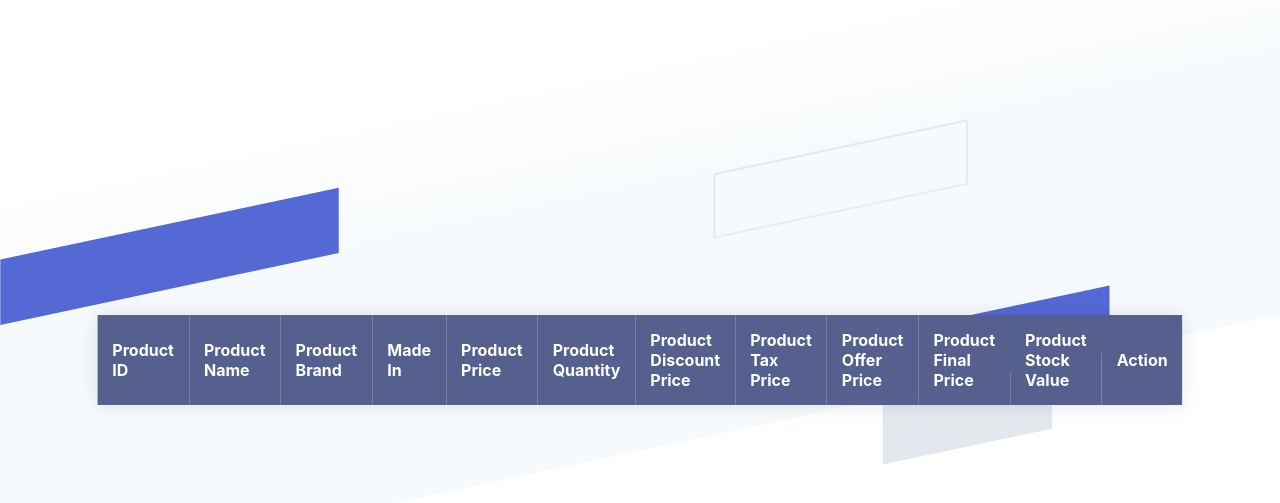
Repository: Prishu1310/SpringBootProjects
Page: http://localhost/product-list
The author's editor kept a copy of each file at every save. The page is drawn from the files as they stood at one save, then again after the next save.
The browser window is 1280 px wide. The pictures show the whole page.
The page is this project's Thymeleaf template; nobody is signed in. The template is opened directly, without the code that normally fills it, so the values that code supplies are empty.

Above is the page before, as saved 2024-12-22 09:00:07.

### com.springbootmvc/src/main/resources/templates/product-list.html
<!DOCTYPE html>
<html lang="en" xmlns:th="http://www.thymeleaf.org">
<head>
<meta charset="UTF-8">
<meta name="viewport" content="width=device-width, initial-scale=1.0">
<title>Product Table</title>
<style>
    * {
  padding: 0;
  margin: 0;
  color: #1a1f36;
  box-sizing: border-box;
  word-wrap: break-word;
  font-family: -apple-system,BlinkMacSystemFont,Segoe UI,Roboto,Helvetica Neue,Ubuntu,sans-serif;
}
body {
    min-height: 100%;
    background-color: #ffffff;
}
h1 {
    letter-spacing: -1px;
}
a {
  color: #5469d4;
  text-decoration: unset;
}
.login-root {
    background: #fff;
    display: flex;
    width: 100%;
    min-height: 100vh;
    overflow: hidden;
}
.loginbackground {
    min-height: 692px;
    position: fixed;
    bottom: 0;
    left: 0;
    right: 0;
    top: 0;
    z-index: 0;
    overflow: hidden;
}
.flex-flex {
    display: flex;
}
.align-center {
  align-items: center;
}
.center-center {
  align-items: center;
  justify-content: center;
}
.box-root {
    box-sizing: border-box;
}
.flex-direction--column {
    -ms-flex-direction: column;
    flex-direction: column;
}
.loginbackground-gridContainer {
    display: -ms-grid;
    display: grid;
    -ms-grid-columns: [start] 1fr [left-gutter] (86.6px) 16 [left-gutter] 1fr [end];
    grid-template-columns: [start] 1fr [left-gutter] repeat(16,86.6px) [left-gutter] 1fr [end];
    -ms-grid-rows :  [top] 1fr [top-gutter] (64px) 8 [bottom-gutter] 1fr [bottom];
    grid-template-rows: [top] 1fr [top-gutter] repeat(8,64px) [bottom-gutter] 1fr [bottom];
    justify-content: center;
    margin: 0 -2%;
    transform: rotate(-12deg) skew(-12deg);
}
.box-divider--light-all-2 {
    box-shadow: inset 0 0 0 2px #e3e8ee;
}
.box-background--blue {
    background-color: #5469d4;
}
.box-background--white {
  background-color: #ffffff;
}
.box-background--blue800 {
    background-color: #212d63;
}
.box-background--gray100 {
    background-color: #e3e8ee;
}
.box-background--cyan200 {
    background-color: #7fd3ed;
}
.padding-top--64 {
  padding-top: 64px;
}
.padding-top--24 {
  padding-top: 24px;
}
.padding-top--48 {
  padding-top: 48px;
}
.padding-bottom--24 {
  padding-bottom: 24px;
}
.padding-horizontal--48 {
  padding: 48px;
}
.padding-bottom--15 {
  padding-bottom: 15px;
}


.flex-justifyContent--center {
  -ms-flex-pack: center;
  justify-content: center;
}

.formbg {
    margin: 0px auto;
    width: 100%;
    max-width: 448px;
    background: white;
    border-radius: 4px;
    box-shadow: rgba(60, 66, 87, 0.12) 0px 7px 14px 0px, rgba(0, 0, 0, 0.12) 0px 3px 6px 0px;
}
span {
    display: block;
    font-size: 20px;
    line-height: 28px;
    color: #1a1f36;
}
label {
    margin-bottom: 10px;
}
.reset-pass a,label {
    font-size: 14px;
    font-weight: 600;
    display: block;
}
.reset-pass > a {
    text-align: right;
    margin-bottom: 10px;
}
.grid--50-50 {
    display: grid;
    grid-template-columns: 50% 50%;
    align-items: center;
}

.field input {
    font-size: 16px;
    line-height: 28px;
    padding: 8px 16px;
    width: 100%;
    min-height: 44px;
    border: unset;
    border-radius: 4px;
    outline-color: rgb(84 105 212 / 0.5);
    background-color: rgb(255, 255, 255);
    box-shadow: rgba(0, 0, 0, 0) 0px 0px 0px 0px,
                rgba(0, 0, 0, 0) 0px 0px 0px 0px,
                rgba(0, 0, 0, 0) 0px 0px 0px 0px,
                rgba(60, 66, 87, 0.16) 0px 0px 0px 1px,
                rgba(0, 0, 0, 0) 0px 0px 0px 0px,
                rgba(0, 0, 0, 0) 0px 0px 0px 0px,
                rgba(0, 0, 0, 0) 0px 0px 0px 0px;
}

input[type="submit"] {
    background-color: rgb(84, 105, 212);
    box-shadow: rgba(0, 0, 0, 0) 0px 0px 0px 0px,
                rgba(0, 0, 0, 0) 0px 0px 0px 0px,
                rgba(0, 0, 0, 0.12) 0px 1px 1px 0px,
                rgb(84, 105, 212) 0px 0px 0px 1px,
                rgba(0, 0, 0, 0) 0px 0px 0px 0px,
                rgba(0, 0, 0, 0) 0px 0px 0px 0px,
                rgba(60, 66, 87, 0.08) 0px 2px 5px 0px;
    color: #fff;
    font-weight: 600;
    cursor: pointer;
}
.field-checkbox input {
    width: 20px;
    height: 15px;
    margin-right: 5px;
    box-shadow: unset;
    min-height: unset;
}
.field-checkbox label {
    display: flex;
    align-items: center;
    margin: 0;
}
a.ssolink {
    display: block;
    text-align: center;
    font-weight: 600;
}
.footer-link span {
    font-size: 14px;
    text-align: center;
}
.listing a {
    color: #697386;
    font-weight: 600;
    margin: 0 10px;
}

.animationRightLeft {
  animation: animationRightLeft 2s ease-in-out infinite;
}
.animationLeftRight {
  animation: animationLeftRight 2s ease-in-out infinite;
}
.tans3s {
  animation: animationLeftRight 3s ease-in-out infinite;
}
.tans4s {
  animation: animationLeftRight 4s ease-in-out infinite;
}

@keyframes animationLeftRight {
  0% {
    transform: translateX(0px);
  }
  50% {
    transform: translateX(1000px);
  }
  100% {
    transform: translateX(0px);
  }
}

@keyframes animationRightLeft {
  0% {
    transform: translateX(0px);
  }
  50% {
    transform: translateX(-1000px);
  }
  100% {
    transform: translateX(0px);
  }
}
body {
	margin: 0;
	background: linear-gradient(45deg, #49a09d, #5f2c82);
	font-family: sans-serif;
	font-weight: 100;
}

.container {
	position: absolute;
	top: 50%;
	left: 50%;
	transform: translate(-50%, -50%);
}

table {
	width: 800px;
	border-collapse: collapse;
	overflow: hidden;
	box-shadow: 0 0 20px rgba(0,0,0,0.1);
}

th,
td {
	padding: 15px;
	background-color: rgba(255,255,255,0.2);
	color: #fff;
}

th {
	text-align: left;
}

thead {
	th {
		background-color: #55608f;
	}
}

tbody {
	tr {
		&:hover {
			background-color: rgba(255,255,255,0.3);
		}
	}
	td {
		position: relative;
		&:hover {
			&:before {
				content: "";
				position: absolute;
				left: 0;
				right: 0;
				top: -9999px;
				bottom: -9999px;
				background-color: rgba(255,255,255,0.2);
				z-index: -1;
			}
		}
	}
}

</style>
</head>
<body>
<div class="login-root">
    <div class="box-root flex-flex flex-direction--column" style="min-height: 100vh;flex-grow:1">
      <div class="loginbackground box-background--white padding-top--64">
        <div class="loginbackground-gridContainer">
          <div class="box-root flex-flex" style="grid-area: top / start / 8 / end;">
            <div class="box-root" style="background-image: linear-gradient(white 0%, rgb(247, 250, 252) 33%); flex-grow: 1;">
            </div>
          </div>
          <div class="box-root flex-flex" style="grid-area: 4 / 2 / auto / 5;">
            <div class="box-root box-divider--light-all-2 animationLeftRight tans3s" style="flex-grow: 1;"></div>
          </div>
          <div class="box-root flex-flex" style="grid-area: 6 / start / auto / 2;">
            <div class="box-root box-background--blue800" style="flex-grow: 1;"></div>
          </div>
          <div class="box-root flex-flex" style="grid-area: 7 / start / auto / 4;">
            <div class="box-root box-background--blue animationLeftRight" style="flex-grow: 1;"></div>
          </div>
          <div class="box-root flex-flex" style="grid-area: 8 / 4 / auto / 6;">
            <div class="box-root box-background--gray100 animationLeftRight tans3s" style="flex-grow: 1;"></div>
          </div>
          <div class="box-root flex-flex" style="grid-area: 2 / 15 / auto / end;">
            <div class="box-root box-background--cyan200 animationRightLeft tans4s" style="flex-grow: 1;"></div>
          </div>
          <div class="box-root flex-flex" style="grid-area: 3 / 14 / auto / end;">
            <div class="box-root box-background--blue animationRightLeft" style="flex-grow: 1;"></div>
          </div>
          <div class="box-root flex-flex" style="grid-area: 4 / 17 / auto / 20;">
            <div class="box-root box-background--gray100 animationRightLeft tans4s" style="flex-grow: 1;"></div>
          </div>
          <div class="box-root flex-flex" style="grid-area: 5 / 14 / auto / 17;">
            <div class="box-root box-divider--light-all-2 animationRightLeft tans3s" style="flex-grow: 1;"></div>
          </div>
        </div>
      </div>


      <div class="container">
	<table>
		<thead>
		<tr>
				<th>Product ID</th>
				<th>Product Name</th>
				<th>Product Brand</th>
				<th>Made In</th>
				<th>Product Price</th>
				<th>Product Quantity</th>
				<th>Product Discount Price</th>
				<th>Product Tax Price</th>
				<th>Product Offer Price</th>
				<th>Product Final Price</th>
				<th>Product Stock Value</th>
				<th>Action</th>
			</tr>
		</thead>
		<tbody>
			<tr th:each="product:${products}">
				<td th:text="${product.id}"></td>
				<td th:text="${product.name}"></td>
				<td th:text="${product.brand}"></td>
				<td th:text="${product.madeIn}"></td>
				<td th:text="${product.price}"></td>
				<td th:text="${product.quantity}"></td>
				<td th:text="${product.discountPrice}"></td>
				<td th:text="${product.taxPrice}"></td>
				<td th:text="${product.offerPrice}"></td>
				<td th:text="${product.finalPrice}"></td>
				<td th:text="${product.stockValue}"></td>
				<td><a th:href="@{'/delete/'+${product.id}}"><button class="button-8" role="button">Delete</button></a></td>
				<td><button class="button-8" role="button">Edit</button></td>
			</tr>


		</tbody>
	</table>
</div>




</div>
 </div>




</body>
</html>

After the next save:
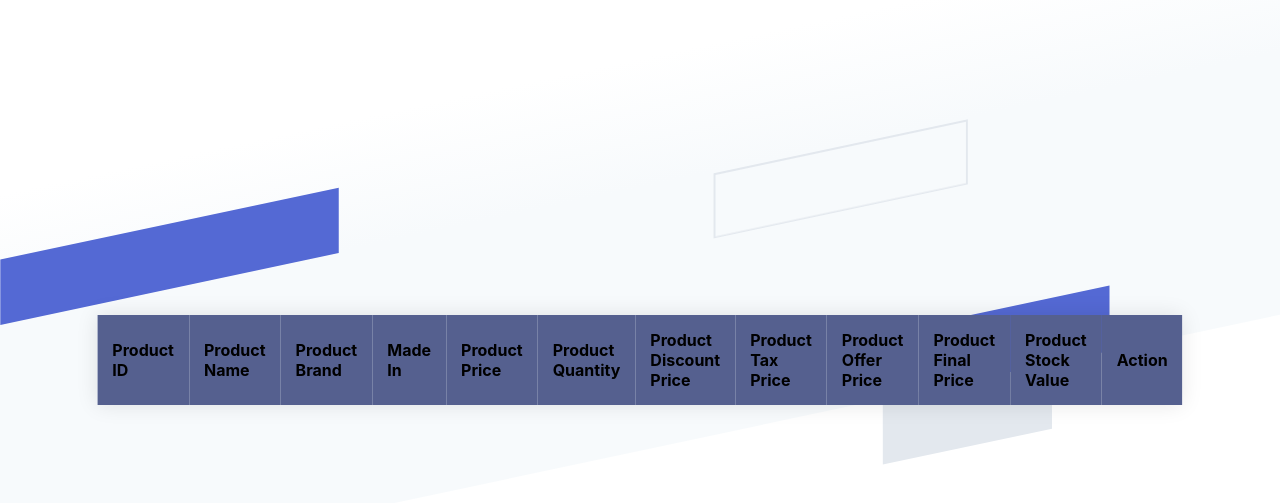
Saved 48 s later.
--- a/com.springbootmvc/src/main/resources/templates/product-list.html
+++ b/com.springbootmvc/src/main/resources/templates/product-list.html
@@ -264,7 +264,7 @@
 td {
 	padding: 15px;
 	background-color: rgba(255,255,255,0.2);
-	color: #fff;
+	color: #000;
 }
 
 th {

After the save that followed:
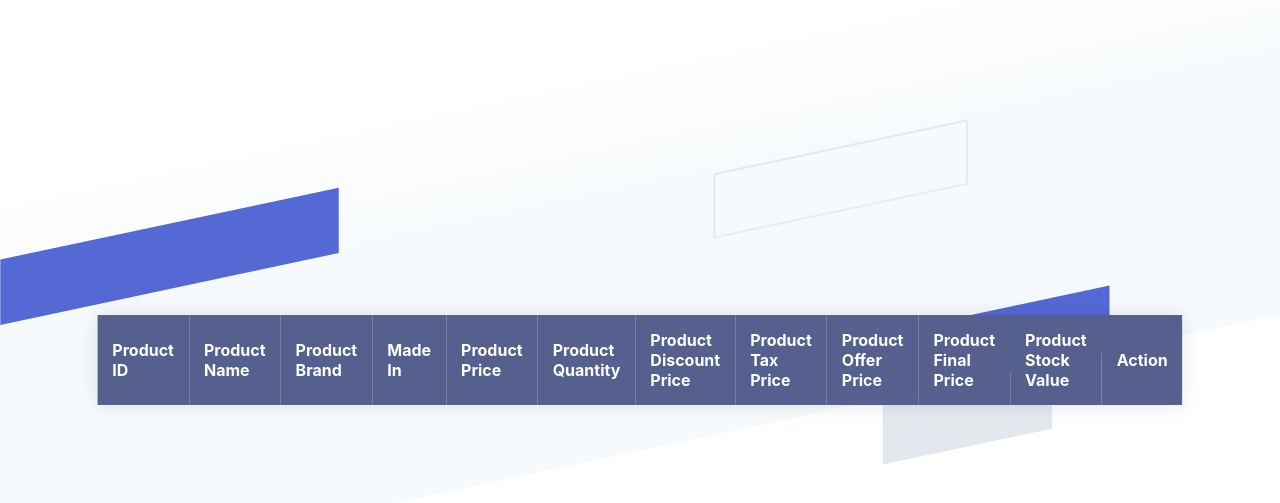
Saved 33 s later.
--- a/com.springbootmvc/src/main/resources/templates/product-list.html
+++ b/com.springbootmvc/src/main/resources/templates/product-list.html
@@ -264,11 +264,12 @@
 td {
 	padding: 15px;
 	background-color: rgba(255,255,255,0.2);
-	color: #000;
+
 }
 
 th {
 	text-align: left;
+	color:#fff;
 }
 
 thead {
